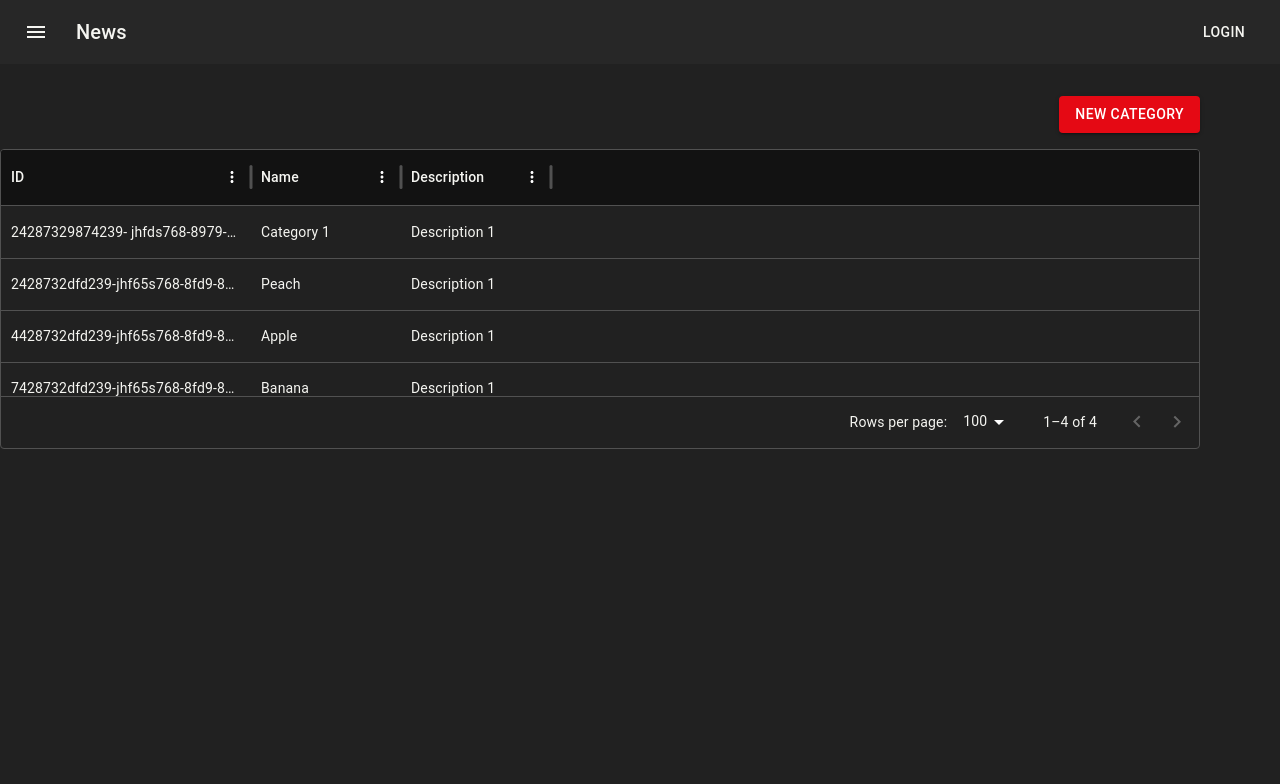
Repository: brunogyn88/codeflix-frontend
Page: /
These files come from the project's save history. The page is drawn as it stood at one moment and after the next save; the edit follows.
The browser window is 1280 px wide. The pictures show the whole page.
The project was rebuilt for these pictures with package versions that can differ from the ones it lists, and the page was loaded fresh each time. The framework's server and built-in components were replaced by stand-ins that run in the browser. Also part of the build but not shown: next.config.mjs.

Above is the page before, as saved 2023-08-30 22:19:57.

### app/layout.tsx
"use client";
/* Components */
import { Providers } from "@/lib/providers";

/* Instruments */
import "./styles/globals.css";
import Header from "./components/Header";
import { Box, ThemeProvider } from "@mui/material";
import { appTheme } from "./config/theme";

export default function RootLayout(props: React.PropsWithChildren) {
  return (
    <ThemeProvider theme={appTheme}>
      <Providers>
        <html lang="en">
          <body>
            <Header />
            <Box
              component="main"
              sx={{
                height: "100vh",
                backgroundColor: (theme) => theme.palette.grey[900],
              }}
            >
              {props.children}
            </Box>
          </body>
        </html>
      </Providers>
    </ThemeProvider>
  );
}

### app/page.tsx
/* Components */
import CategoryList from "./categories/page";

export default function IndexPage() {
  return <CategoryList />;
}

### app/components/Header.tsx
import {
  AppBar,
  Box,
  Button,
  IconButton,
  Toolbar,
  Typography,
} from "@mui/material";
import MenuIcon from "@mui/icons-material/Menu";
import React from "react";

export default function Header() {
  return (
    <Box sx={{ flexGrow: 1 }}>
      <AppBar position="static">
        <Toolbar>
          <IconButton
            size="large"
            edge="start"
            color="inherit"
            aria-label="menu"
            sx={{ mr: 2 }}
          >
            <MenuIcon />
          </IconButton>
          <Typography variant="h6" component="div" sx={{ flexGrow: 1 }}>
            News
          </Typography>
          <Button color="inherit">Login</Button>
        </Toolbar>
      </AppBar>
    </Box>
  );
}

### app/config/theme.ts
import { createTheme } from "@mui/material/styles";

export const appTheme = createTheme({
  palette: {
    mode: "dark",
    primary: { main: "#f5f5f1" },
    secondary: { main: "#E50914" },
    text: { primary: "#f5f5f1" },
  },
});

### app/categories/page.tsx
"use client";
/* Components */
import { selectCategories, useSelector } from "@/lib/redux";
import { Box, Button, Link, Typography } from "@mui/material";
import { DataGrid, GridColDef, GridRowsProp } from "@mui/x-data-grid";

export default function CategoryList() {
  const categories = useSelector(selectCategories);

  const rows: GridRowsProp = categories.map((category) => ({
    id: category.id,
    name: category.name,
    description: category.description,
  }));

  const columns: GridColDef[] = [
    { field: "id", headerName: "ID", width: 250 },
    { field: "name", headerName: "Name", width: 150 },
    { field: "description", headerName: "Description", width: 150 },
  ];

  return (
    <Box maxWidth="lg" sx={{ pt: 4, mb: 4 }}>
      <Box display="flex" justifyContent="flex-end">
        <Button
          variant="contained"
          color="secondary"
          to="/category/create"
          style={{ marginBottom: "1rem" }}
          component={Link}
        >
          New Category
        </Button>
      </Box>

      {/* {categories.map((category) => (
        <Typography key={category.id}>{category.name}</Typography>
      ))} */}
      <div style={{ height: 300, width: "100%" }}>
        <DataGrid rows={rows} columns={columns} />
      </div>
    </Box>
  );
}

### lib/redux/rootReducer.ts
/* Instruments */
import { counterSlice } from "./slices/counterSlice";
import categoryReducer from "./slices/categorySlice/categorySlice";
export const reducer = {
  counter: counterSlice.reducer,
  categories: categoryReducer,
};

### lib/redux/slices/categorySlice/categorySlice.ts
import { createSlice } from "@reduxjs/toolkit";

interface Category {
  id: string;
  name: string;
  is_active: boolean;
  created_at: string;
  updated_at: string;
  deleted_at: null | string;
  description: null | string;
}

const category: Category = {
  id: "24287329874239- jhfds768-8979-89678743",
  name: "Category 1",
  description: "Description 1",
  is_active: true,
  deleted_at: null,
  created_at: "2021-01-01T00:00:00.000Z",
  updated_at: "2021-01-01T00:00:00.000Z",
};

export const initialState = [
  category,
  { ...category, id: "2428732dfd239-jhf65s768-8fd9-89678743", name: "Peach" },
  { ...category, id: "4428732dfd239-jhf65s768-8fd9-89678743", name: "Apple" },
  { ...category, id: "7428732dfd239-jhf65s768-8fd9-89678743", name: "Banana" },
];

const categorySlice = createSlice({
  name: "categories",
  initialState: initialState,
  reducers: {
    createCategory(state, action) {},
    updateCategory(state, action) {},
    deleteCategory(state, action) {},
  },
});

export default categorySlice.reducer;

### lib/redux/slices/counterSlice/selectors.ts
/* Instruments */
import type { ReduxState } from "@/lib/redux";

// The function below is called a selector and allows us to select a value from
// the state. Selectors can also be defined inline where they're used instead of
// in the slice file. For example: `useSelector((state: RootState) => state.counter.value)`
export const selectCount = (state: ReduxState) => state.counter.value;

export const selectCategories = (state: ReduxState) => state.categories;

Loaded but not shown: lib/providers.tsx (common file); app/styles/globals.css (common file); lib/redux/index.ts (common file); lib/redux/store.ts (common file); lib/redux/slices/index.ts (common file); lib/redux/middleware.ts (common file); lib/redux/slices/counterSlice/index.ts (common file); lib/redux/slices/counterSlice/counterSlice.ts (common file); lib/redux/slices/counterSlice/thunks.ts (common file); lib/redux/createAppAsyncThunk.ts (common file); lib/redux/slices/counterSlice/fetchIdentityCount.ts (common file)

After the next save:
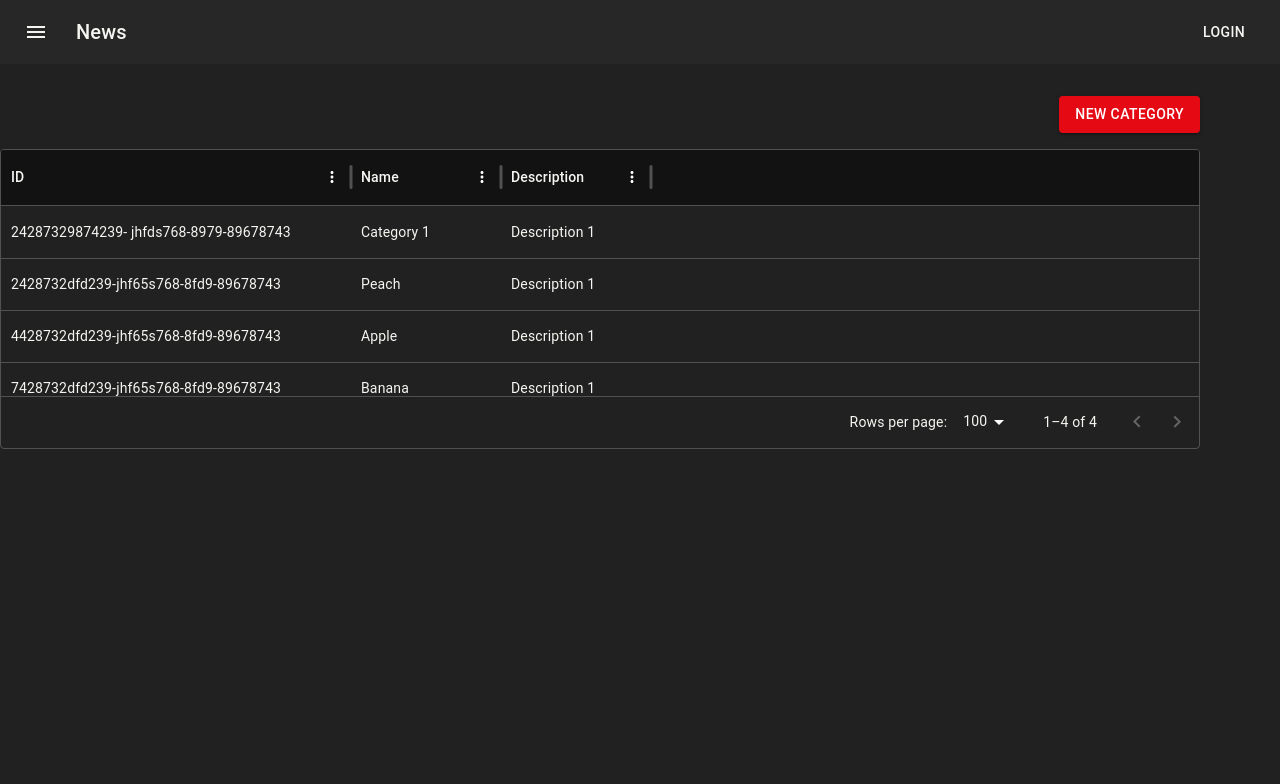
Saved 8 s later.
--- a/app/categories/page.tsx
+++ b/app/categories/page.tsx
@@ -14,7 +14,7 @@ export default function CategoryList() {
   }));
 
   const columns: GridColDef[] = [
-    { field: "id", headerName: "ID", width: 250 },
+    { field: "id", headerName: "ID", width: 350 },
     { field: "name", headerName: "Name", width: 150 },
     { field: "description", headerName: "Description", width: 150 },
   ];
